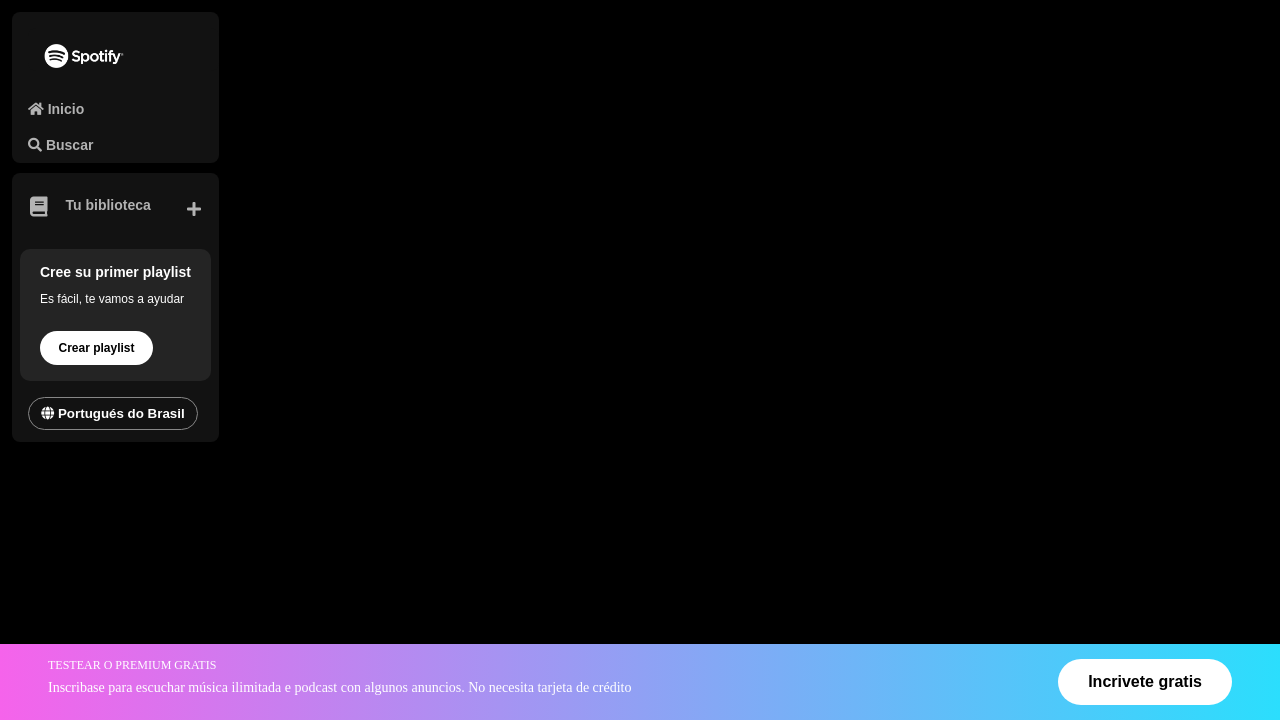
Repository: AnaFzCz/PROYECTO-SPOTIFY
Page: index.html
The author's editor kept a copy of each file at every save. The page is drawn from the files as they stood at one save, then again after the next save.
The browser window is 1280 px wide. The pictures show the whole page.

Above is the page before, as saved 2025-01-28 23:23:56.

After the next save:
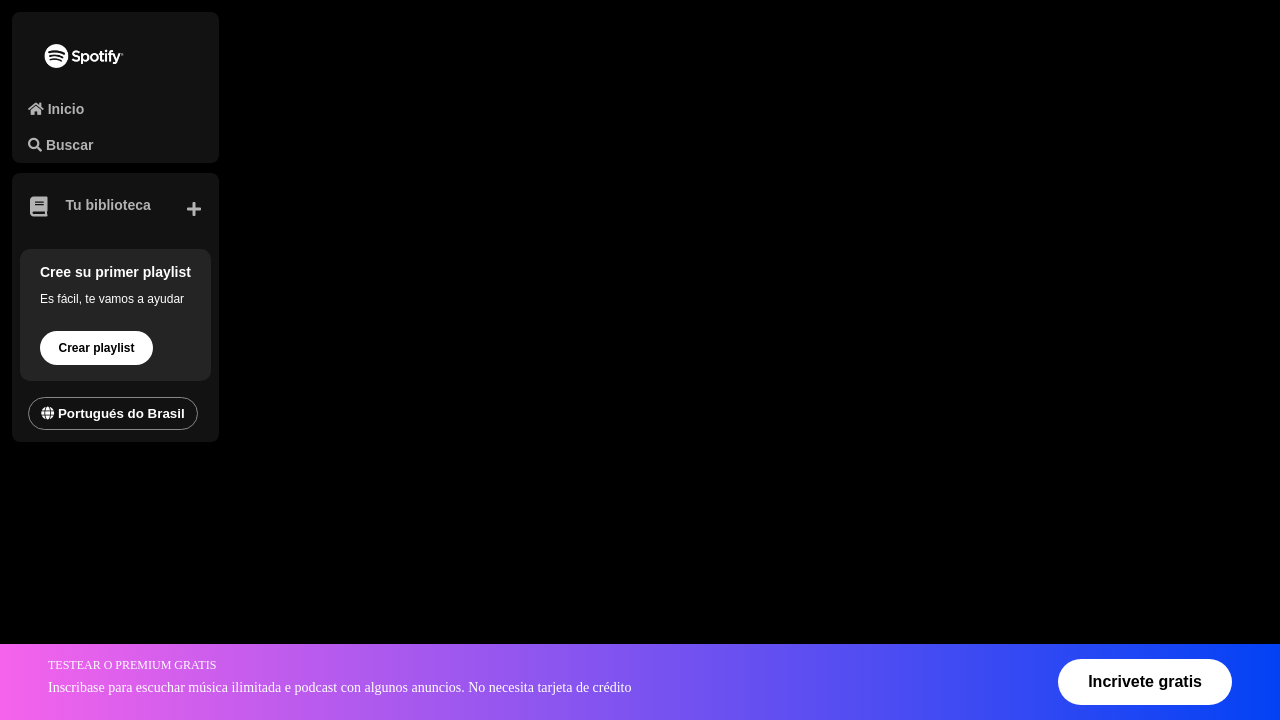
Saved 36 s later.
--- a/styles.css
+++ b/styles.css
@@ -177,7 +177,7 @@
     bottom: 0;
     left: 0;
     right: 0;
-    background: linear-gradient(to right, #F563EB, #2bdefd);
+    background: linear-gradient(to right, #F563EB, #0242F5);
     padding: 15px 48px;
     display: flex;
     justify-content: space-between;
